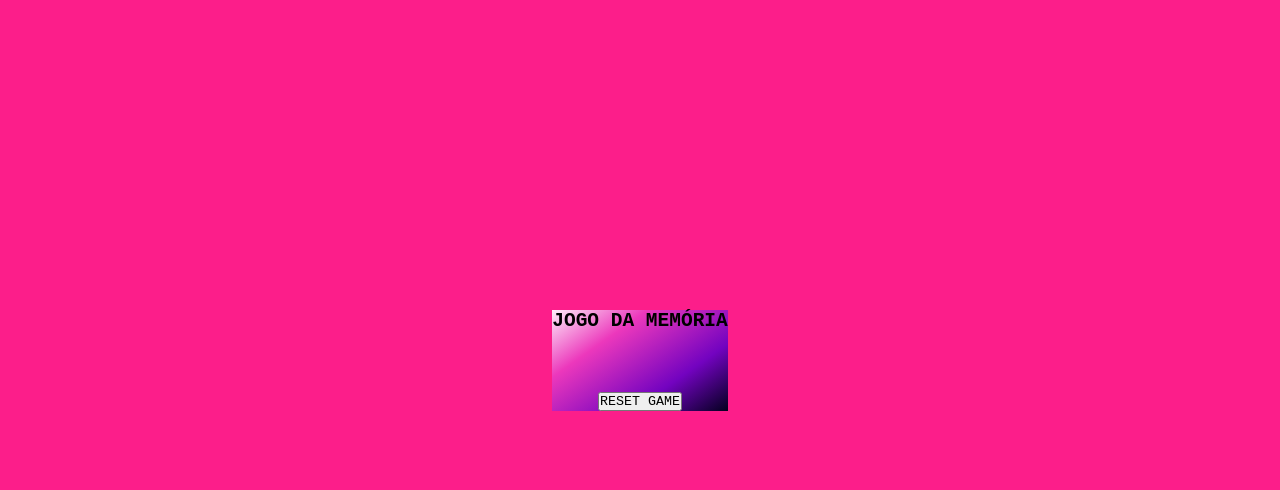
Repository: gustavotwist/memory-game
Page: index.html
These files come from the project's save history. The page is drawn as it stood at one moment and after a run of saves; the edit follows.
The browser window is 1280 px wide. The pictures show the whole page.

Above is the page before, as saved 2024-10-14 22:04:18.

After the next 2 saves:
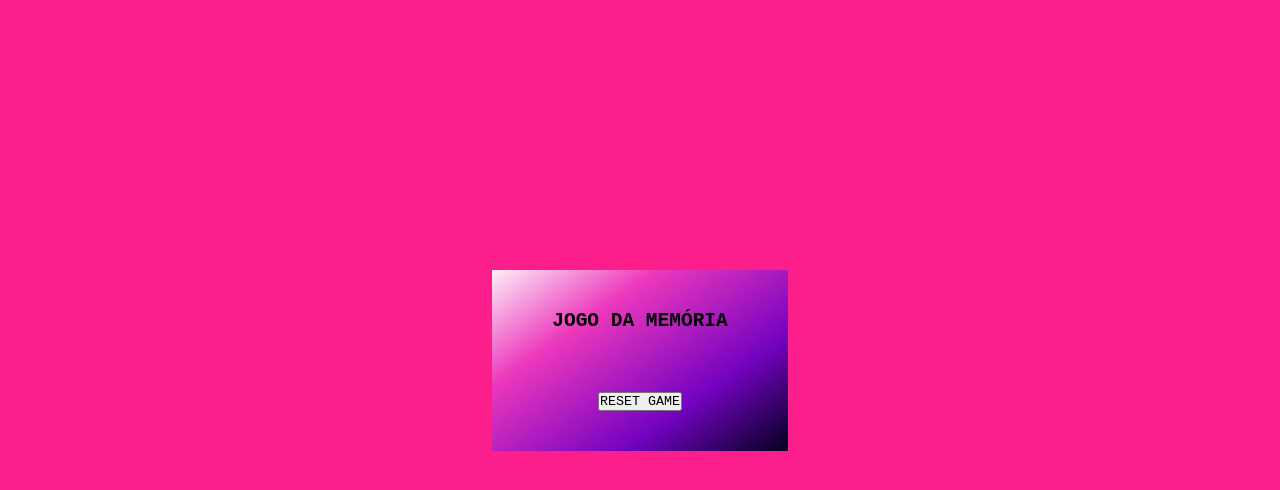
The 2 saves are shown as one change because they came seconds apart.
The last was saved 14 s later.
--- a/src/styles/main.css
+++ b/src/styles/main.css
@@ -14,5 +14,5 @@ body {
     align-items: center;
     gap: 30px;
     background: linear-gradient(325deg, #03001e 0%, #7303c0 30%, #ec38bc 70%, #fdeff9 100%);
-    padding: ;
+    padding: 40px 60px;
 }
